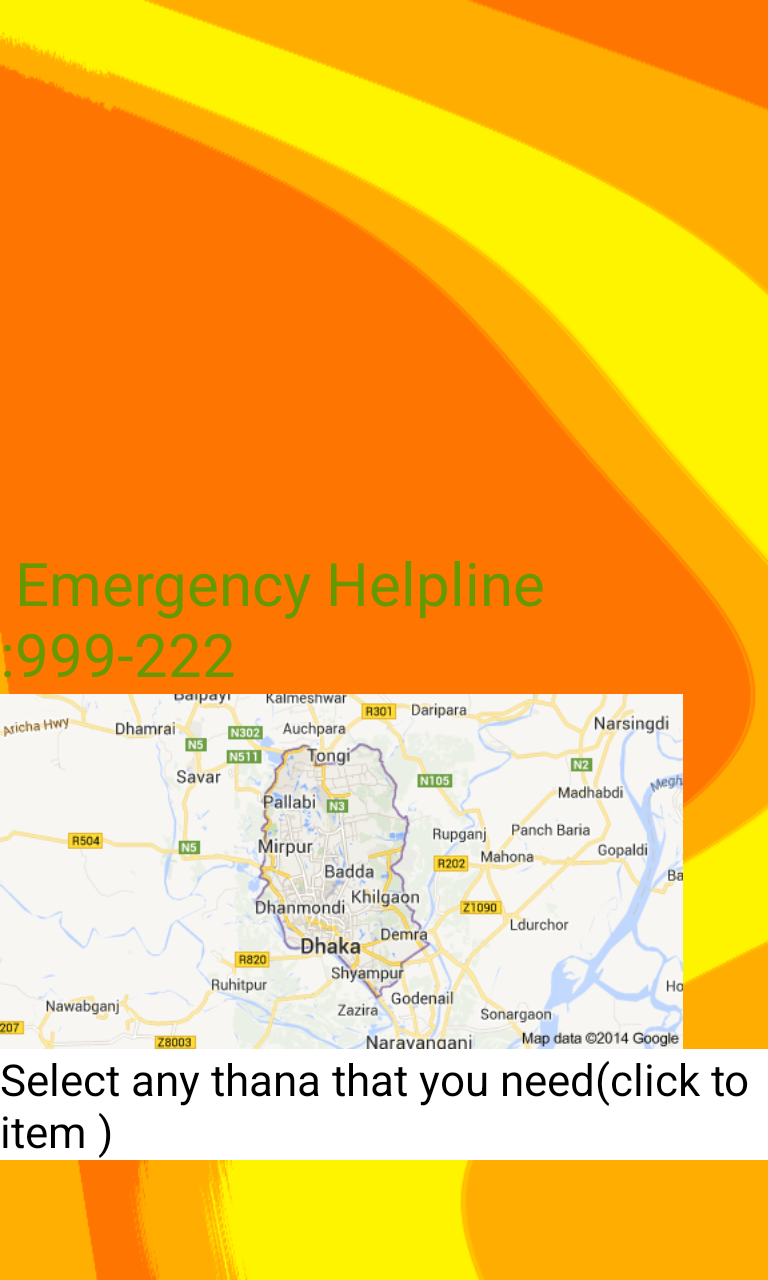
Repository: arifhasnatnstucsteonGit/BanngladeshPoliceService
Layout: Bangladesh Police Service/BangladeshPoliceService/res/layout/commondistrict.xml
These files come from the project's save history. The layout is drawn as it stood at one moment and after the next save; the edit follows.
It is drawn on a 768 x 1280 px phone screen (xhdpi) without system bars, with theme AppTheme; the app's code is not run.

Above is the layout before, as saved 2014-03-10 14:25:32.

### Bangladesh Police Service/BangladeshPoliceService/res/layout/commondistrict.xml
<?xml version="1.0" encoding="utf-8"?>
<RelativeLayout xmlns:android="http://schemas.android.com/apk/res/android"
    android:layout_width="match_parent"
    android:layout_height="match_parent"
    android:background="@drawable/bacground" >

    <Spinner
        android:id="@+id/dhakaSpinner"
        android:layout_width="wrap_content"
        android:layout_height="wrap_content"
        android:layout_alignParentBottom="true"
        android:layout_alignParentLeft="true"
        android:layout_marginBottom="34dp"
        android:background="#FEE" />

    <ImageView
        android:id="@+id/imageView1"
        android:layout_width="wrap_content"
        android:layout_height="wrap_content"
        android:layout_above="@+id/textView1"
        android:layout_alignParentLeft="true"
        android:src="@drawable/dhaka" />

    <TextView
        android:id="@+id/textView1"
        android:layout_width="wrap_content"
        android:layout_height="wrap_content"
        android:layout_above="@+id/dhakaSpinner"
        android:layout_alignParentLeft="true"
        android:layout_marginBottom="26dp"
        android:background="#FFF"
        android:text="Select any thana that you need(click to item )"
        android:textAppearance="?android:attr/textAppearanceLarge" />

    <TextView
        android:id="@+id/textView2"
        android:layout_width="wrap_content"
        android:layout_height="wrap_content"
        android:layout_above="@+id/imageView1"
        android:layout_alignParentLeft="true"
        android:text=" Emergency Helpline   :999-222"
        android:textColor="@android:color/holo_green_dark"
        android:textSize="30sp" />

</RelativeLayout>

Loaded but not shown: Bangladesh Police Service/BangladeshPoliceService/res/values/styles.xml (common file); Bangladesh Police Service/BangladeshPoliceService/res/values-v11/styles.xml (common file); Bangladesh Police Service/BangladeshPoliceService/res/values-v14/styles.xml (common file)

After the next save:
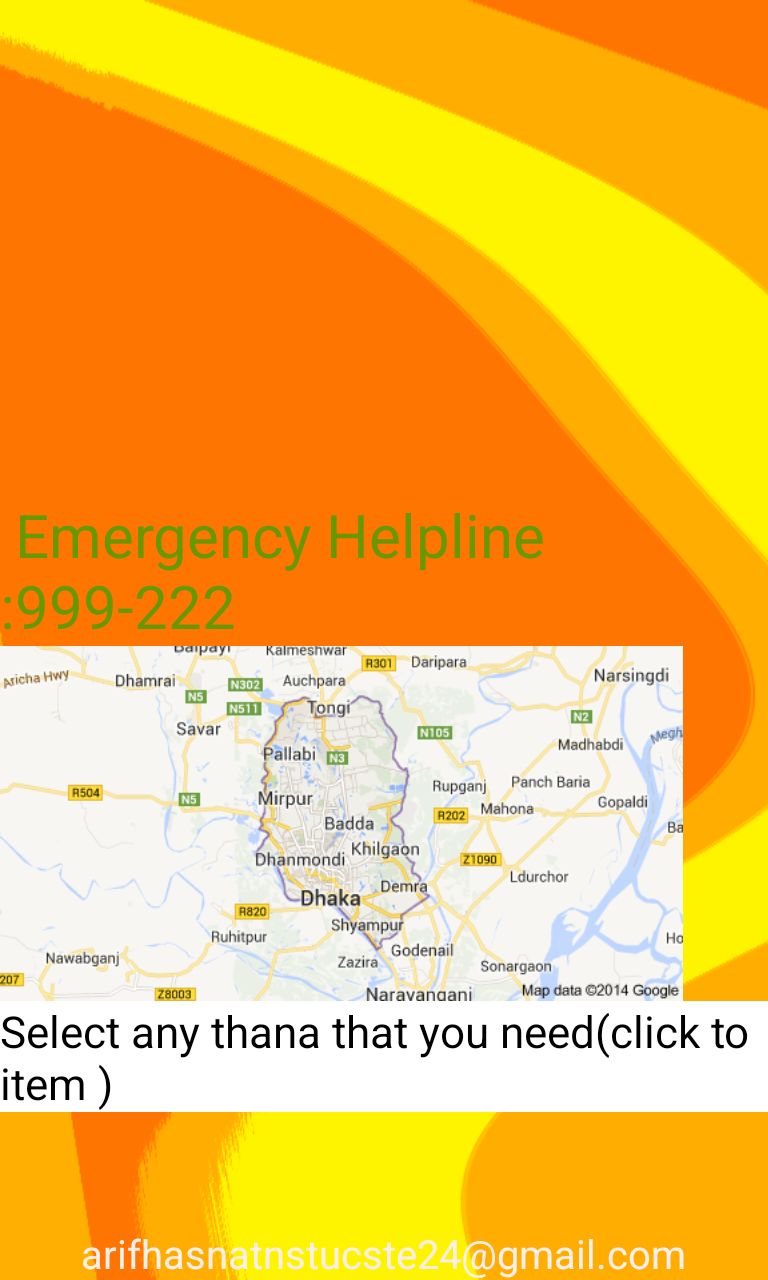
Saved 74 s later.
--- a/Bangladesh Police Service/BangladeshPoliceService/res/layout/commondistrict.xml
+++ b/Bangladesh Police Service/BangladeshPoliceService/res/layout/commondistrict.xml
@@ -3,15 +3,6 @@
     android:layout_width="match_parent"
     android:layout_height="match_parent"
     android:background="@drawable/bacground" >
-
-    <Spinner
-        android:id="@+id/dhakaSpinner"
-        android:layout_width="wrap_content"
-        android:layout_height="wrap_content"
-        android:layout_alignParentBottom="true"
-        android:layout_alignParentLeft="true"
-        android:layout_marginBottom="34dp"
-        android:background="#FEE" />
 
     <ImageView
         android:id="@+id/imageView1"
@@ -42,4 +33,24 @@
         android:textColor="@android:color/holo_green_dark"
         android:textSize="30sp" />
 
+    <Spinner
+        android:id="@+id/dhakaSpinner"
+        android:layout_width="wrap_content"
+        android:layout_height="wrap_content"
+        android:layout_alignParentBottom="true"
+        android:layout_alignParentLeft="true"
+        android:layout_marginBottom="58dp"
+        android:background="#FEE" />
+
+    <TextView
+        android:id="@+id/textView3"
+        android:layout_width="wrap_content"
+        android:layout_height="wrap_content"
+        android:layout_alignParentBottom="true"
+        android:layout_centerHorizontal="true"
+        android:text="arifhasnatnstucste24@gmail.com"
+        android:textAppearance="?android:attr/textAppearanceLarge"
+        android:textColor="#FEE"
+        android:textSize="20sp" />
+
 </RelativeLayout>
